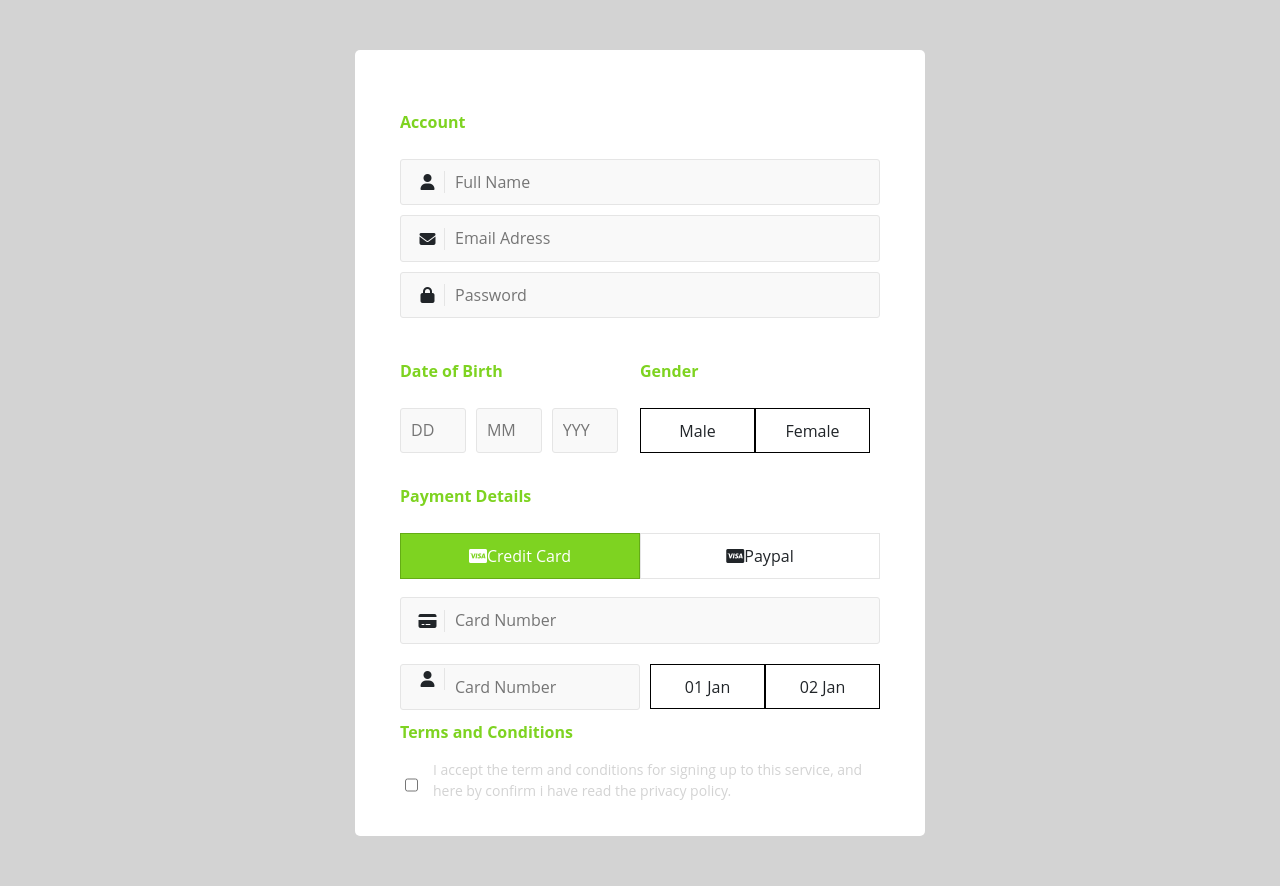
Repository: letrongtinh27/LapTrinhWeb
Page: Payment/index.html
The author's editor kept a copy of each file at every save. The page is drawn from the files as they stood at one save, then again after the next save.
The browser window is 1280 px wide. The pictures show the whole page.

Above is the page before, as saved 2022-10-11 22:11:23.

### Payment/index.html
<!DOCTYPE html>
<html lang="en">
<head>
    <meta charset="UTF-8">
    <meta http-equiv="X-UA-Compatible" content="IE=edge">
    <meta name="viewport" content="width=device-width, initial-scale=1.0">
    <title>Document</title>
    <link rel="stylesheet" href="./reset.css">
    <link rel="stylesheet" href="./style.css">
    <link rel="stylesheet" href="https://cdn.jsdelivr.net/npm/bootstrap@4.3.1/dist/css/bootstrap.min.css" integrity="sha384-ggOyR0iXCbMQv3Xipma34MD+dH/1fQ784/j6cY/iJTQUOhcWr7x9JvoRxT2MZw1T" crossorigin="anonymous">
    <link rel="stylesheet" href="https://cdnjs.cloudflare.com/ajax/libs/font-awesome/6.2.0/css/all.min.css" integrity="sha512-xh6O/CkQoPOWDdYTDqeRdPCVd1SpvCA9XXcUnZS2FmJNp1coAFzvtCN9BmamE+4aHK8yyUHUSCcJHgXloTyT2A==" crossorigin="anonymous" referrerpolicy="no-referrer" />
</head>
<body>
    <div class="payment">
        <form action="#" class="form-payment">
            <h4 class="title">Account</h4>
            <div class="form-group">
            <div class="form-item">
                <input type="text" placeholder="Full Name">
                <div class="icon icon-name">
                    <i class="fa-solid fa-user"></i>
                </div>
            </div>
            <div class="form-item">
                <input type="email" placeholder="Email Adress">
                <div class="icon icon-email">
                    <i class="fa-solid fa-envelope"></i>
                </div>
            </div>
            <div class="form-item">
                <input type="password" placeholder="Password">
                <div class="icon icon-pass">
                    <i class="fa-solid fa-lock"></i>
                </div>
            </div>
        </div>
        <div class="form-group2">
            <div class="group2">
                <h4 class="title">Date of Birth</h4>
                <div class="input-group">
                    <div class="item-input"> <input type="text" placeholder="DD"></div>
                    <div class="item-input"> <input type="text" placeholder="MM"></div>
                    <div class="item-input"> <input type="text" placeholder="YYY"></div>
                </div>
            </div>
            <div class="group2">
                <h4 class="title">Gender</h4>
                <div class="input-group">
                    <input type="radio" name="gender" value="male" id="gender-male" class="radio-input">
                    <label for="gender-male">Male</label>
                    <input type="radio" name="gender" id="gender-female" value="female"
                    class="radio-input">
                    <label for="gender-female">Female</label>
                </div>
            </div>

        </div>
        <div class="form-group3">
            <h4 class="title">Payment Details</h4>
            <div class="input-group3">
                <input type="radio" name="payment-method" value="card" id="payment-method-card" checked="true">
                <label for="payment-method-card"><span><i class="fa-brands fa-cc-visa"></i>Credit Card</span></label>
                <input type="radio" name="payment-method" value="paypal" id="payment-method-paypal">
                <label for="payment-method-paypal"> <span><i class="fa-brands fa-cc-visa"></i>Paypal</span></label>
              </div>
              <div class="form-item" style="margin-top: 10px;">
                <input type="text" placeholder="Card Number">
                <div class="icon icon-credit">
                    <i class="fa-sharp fa-solid fa-credit-card"></i>
                </div>
            </div>
            <div class="form-item" style="margin-top: 10px; width: 50%; float: left;">
                <input style="width: 190px;" type="text" placeholder="Card Number">
                <div class="icon icon-user2">
                    <i class="fa-solid fa-user"></i>
                </div>
            </div>
            <div class="input-group" style="width: 50%; float: right; margin-top: 10px; padding-left: 10px;">
                <input type="radio" name="day" value="01-jan" id="01-jan" class="radio-input">
                <label for="01-jan">01 Jan</label>
                <input type="radio" name="day" id="02-jan" value="02-jan"
                class="radio-input">
                <label for="02-jan">02 Jan</label>
            </div>
        </div>

        <div class="form-group4">
            <h4 class="title" style="margin-top: 30px">Terms and Conditions</h4>
            <div class="input_group">
                <input type="checkbox">
                    <label for="">I accept the term and conditions for signing up to this service, and here by confirm i have read the privacy policy.</label>
            </div>
        </div>

        </form>
    </div>
</body>
</html>

### Payment/style.css
/* https://codepen.io/josecarneiro/pen/Kwbapp @import: "libs/base.less"; */
body {
    font-family: 'Open Sans',sans-serif !important;
    background-color: lightgray !important;
}
.payment{
    width: 100%;
    max-width: 570px;
    margin: 50px auto;
    justify-content: center;
    align-items: center;
    display: flex;
    border-radius: 5px;
    background-color: #fff;
    padding: 35px 45px;
}
.form-payment{
    font-family: 'Open Sans',sans-serif;
}
.title{
    color: #7ed321;
    font-size: 16px;
    font-weight: bold;
    line-height: 1.5;
    margin: 25px 0px;
}
.form-group{
    position: relative;

}
.form-item, .item-input > input {
    width: 100%;
    padding: 10px;
    line-height: 1.4;
    border: 1px solid #e5e5e5;
    border-radius: 3px;
    background-color: #f9f9f9;
    margin-bottom: 10px;
}

.form-item > input{
    padding-left: 44px;
    border: 0;
    outline: none;
    background-color: #f9f9f9;
    margin: 0 auto;
}


.icon {
    display: block;
    position: absolute;
    width: 34px;
    text-align: center;
    border-right: 1px solid #e5e5e5;
}
.icon-name{
    top: 12px;
}
.icon-email{
    top: 69px;
}

.icon-pass {
    top: 125px;
}

.icon-card {
    top: 777px;
}

.form-group2 {
    display: block;
    width: 100%;
    height: 125px;
}

.group2 {
    padding-right: 10px;
    float: left;
    width: 50%;
}
.input-group{
    margin-bottom: 10px;
}
.item-input {
    padding-right: 10px;
    float: left;
    width: 33%;
    height: 53px;
}
.radio-input {
    display: none;
}

.input-group > label {
    display: inline-block;
    width: 50%;
    height: 45px;
    padding-top: 10px;
    text-align: center;
    float: left;
    border-radius: 0;
    border: 1px solid black;
}

input[type="radio"]:checked + label, input:checked + label:before, select:focus, select:active {
    background-color: #7ed321;
    color: #fff;
    border-color: #64ac15;
}
.input-group3 {
    display: flex;
}
.input-group3 > input{
    display: none;
}

.input-group3 > label{
    text-align: center;
    width: 50%;
    height: 53 px;
    border: 1px solid #e5e5e5;
    padding: 10px;
}

.icon-credit {
    top: 610px;
}

.icon-user2 {
    top: 668px;
}

.input_group {
    display: flex;
}

.input_group > input {
    margin: 5px;
    width: 15px;
}

.input_group > label {
    margin:-10px 10px 0 10px;
    margin-top: -10px;
    color: lightgrey;
    font-size: 14px;
}

Loaded but not shown: Payment/reset.css (common file)

After the next save:
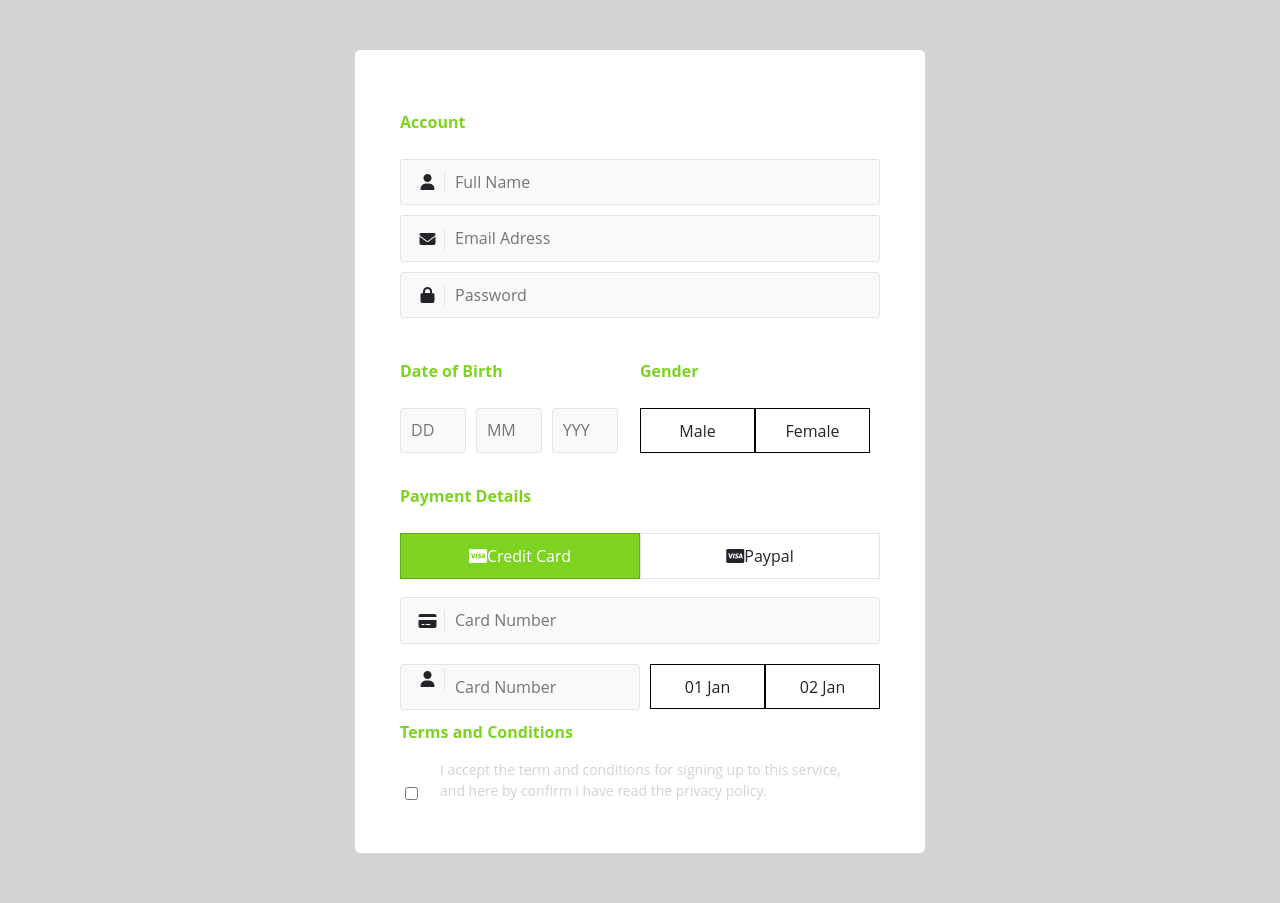
Saved 16 s later.
--- a/Payment/style.css
+++ b/Payment/style.css
@@ -142,7 +142,7 @@ input[type="radio"]:checked + label, input:checked + label:before, select:focus,
 }
 
 .input_group > label {
-    margin:-10px 10px 0 10px;
+    margin: 17px;
     margin-top: -10px;
     color: lightgrey;
     font-size: 14px;
